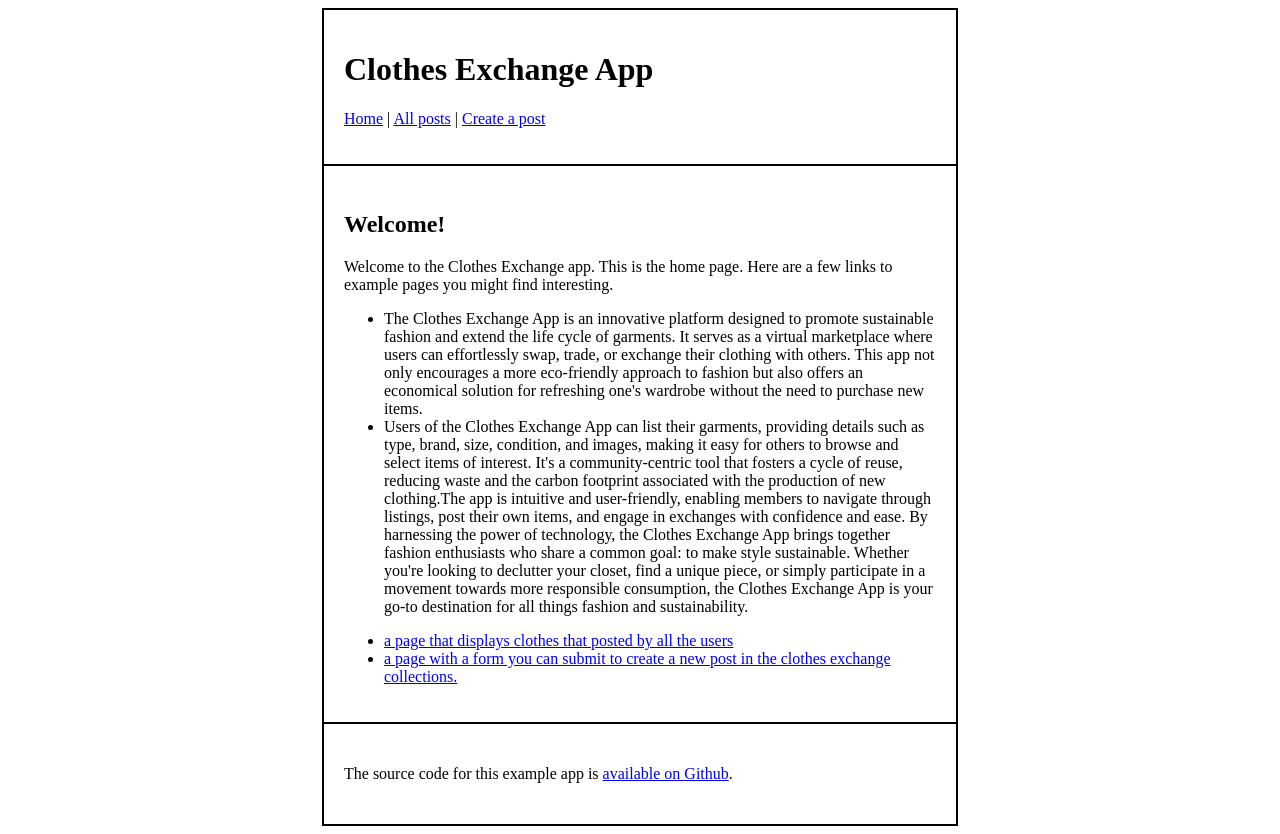
Repository: dbdesign-students-spring2024/7-web-app-dianachen1013
Page: http://localhost/
The author's editor kept a copy of each file at every save. The page is drawn from the files as they stood at one save, then again after the next save.
The browser window is 1280 px wide. The pictures show the whole page.
The page is served by the project's application, run on Flask 3 (app.py).

Above is the page before, as saved 2024-04-15 17:38:45.

### templates/index.html
{% extends 'base.html' %}

{% block container %}
<h2>Welcome!</h2>
<p>Welcome to the Clothes Exchange app. This is the home page. Here are a few links to example pages you might find interesting.


    <ul>
        <li>The Clothes Exchange App is an innovative platform designed to promote sustainable fashion and extend the life cycle of garments. It serves as a virtual marketplace where users can effortlessly swap, trade, or exchange their clothing with others. This app not only encourages a more eco-friendly approach to fashion but also offers an economical solution for refreshing one's wardrobe without the need to purchase new items.</li>
        <li>Users of the Clothes Exchange App can list their garments, providing details such as type, brand, size, condition, and images, making it easy for others to browse and select items of interest. It's a community-centric tool that fosters a cycle of reuse, reducing waste and the carbon footprint associated with the production of new clothing.<wbr>The app is intuitive and user-friendly, enabling members to navigate through listings, post their own items, and engage in exchanges with confidence and ease. By harnessing the power of technology, the Clothes Exchange App brings together fashion enthusiasts who share a common goal: to make style sustainable. Whether you're looking to declutter your closet, find a unique piece, or simply participate in a movement towards more responsible consumption, the Clothes Exchange App is your go-to destination for all things fashion and sustainability.</li>
    </ul>
    <ul>
        <li><a href="{{ url_for('read')}}">a page that displays clothes that posted by all the users</a></li>
        <li><a href="{{ url_for('create')}}">a page with a form you can submit to create a new post in the clothes exchange collections.</a></li>
    </ul>
</p>
{% endblock %}

### templates/base.html
<!DOCTYPE html>
<html>
  <head>
    <title>Clothes Exchange App</title>
    <link
      rel="stylesheet"
      href="{{ url_for('static', filename='css/style.css') }}"
    />
  </head>
  <body>
    <div class="container">
      <header>
        <h1>Clothes Exchange App</h1>
        <p>
          <a href="{{ url_for('home')}}">Home</a> |
          <a href="{{ url_for('read')}}">All posts</a> |
          <a href="{{ url_for('create')}}">Create a post</a>
        </p>
      </header>
      <main>{% block container %} {% endblock %}</main>
      <footer>
        <p>
          The source code for this example app is
          <a href="https://github.com/nyu-database-design/flask-mongodb-web-app"
            >available on Github</a
          >.
        </p>
      </footer>
    </div>
  </body>
</html>

### app.py
#!/usr/bin/env python3

import os
import sys
import subprocess
import datetime

from flask import Flask, render_template, request, redirect, url_for, make_response

# import logging
import sentry_sdk
from sentry_sdk.integrations.flask import (
    FlaskIntegration,
)  # delete this if not using sentry.io

# from markupsafe import escape
import pymongo
from pymongo.errors import ConnectionFailure
from bson.objectid import ObjectId
from dotenv import load_dotenv

# load credentials and configuration options from .env file
# if you do not yet have a file named .env, make one based on the template in env.example
load_dotenv(override=True)  # take environment variables from .env.

# initialize Sentry for help debugging... this requires an account on sentrio.io
# you will need to set the SENTRY_DSN environment variable to the value provided by Sentry
# delete this if not using sentry.io
sentry_sdk.init(
    dsn=os.getenv("SENTRY_DSN"),
    # enable_tracing=True,
    # Set traces_sample_rate to 1.0 to capture 100% of transactions for performance monitoring.
    traces_sample_rate=1.0,
    # Set profiles_sample_rate to 1.0 to profile 100% of sampled transactions.
    # We recommend adjusting this value in production.
    integrations=[FlaskIntegration()],
    send_default_pii=True,
)

# instantiate the app using sentry for debugging
app = Flask(__name__)

# # turn on debugging if in development mode
# app.debug = True if os.getenv("FLASK_ENV", "development") == "development" else False

# try to connect to the database, and quit if it doesn't work
try:
    cxn = pymongo.MongoClient(os.getenv("MONGO_URI"))
    db = cxn[os.getenv("MONGO_DBNAME")]  # store a reference to the selected database

    # verify the connection works by pinging the database
    cxn.admin.command("ping")  # The ping command is cheap and does not require auth.
    print(" * Connected to MongoDB!")  # if we get here, the connection worked!
except ConnectionFailure as e:
    # catch any database errors
    # the ping command failed, so the connection is not available.
    print(" * MongoDB connection error:", e)  # debug
    sentry_sdk.capture_exception(e)  # send the error to sentry.io. delete if not using
    sys.exit(1)  # this is a catastrophic error, so no reason to continue to live


# set up the routes


@app.route("/")
def home():
    """
    Route for the home page.
    Simply returns to the browser the content of the index.html file located in the templates folder.
    """
    return render_template("index.html")


@app.route("/read")
def read():
    """
    Route for GET requests to the read page.
    Displays some information for the user with links to other pages.
    """
    docs = db.exampleapp.find({}).sort(
        "created_at", -1
    )  # sort in descending order of created_at timestamp
    return render_template("read.html", docs=docs)  # render the read template


@app.route("/create")
def create():
    """
    Route for GET requests to the create page.
    Displays a form users can fill out to create a new document.
    """
    return render_template("create.html")  # render the create template


@app.route("/create", methods=["POST"])
def create_post():
    """
    Route for POST requests to the create page.
    Accepts the form submission data for a new document and saves the document to the database.
    """
    name = request.form["fname"]
    message = request.form["fmessage"]

    # create a new document with the data the user entered
    doc = {"name": name, "message": message, "created_at": datetime.datetime.utcnow()}
    db.exampleapp.insert_one(doc)  # insert a new document

    return redirect(
        url_for("read")
    )  # tell the browser to make a request for the /read route


@app.route("/edit/<mongoid>")
def edit(mongoid):
    """
    Route for GET requests to the edit page.
    Displays a form users can fill out to edit an existing record.

    Parameters:
    mongoid (str): The MongoDB ObjectId of the record to be edited.
    """
    doc = db.exampleapp.find_one({"_id": ObjectId(mongoid)})
    return render_template(
        "edit.html", mongoid=mongoid, doc=doc
    )  # render the edit template


@app.route("/edit/<mongoid>", methods=["POST"])
def edit_post(mongoid):
    """
    Route for POST requests to the edit page.
    Accepts the form submission data for the specified document and updates the document in the database.

    Parameters:
    mongoid (str): The MongoDB ObjectId of the record to be edited.
    """
    name = request.form["fname"]
    message = request.form["fmessage"]

    doc = {
        # "_id": ObjectId(mongoid),
        "name": name,
        "message": message,
        "created_at": datetime.datetime.utcnow(),
    }

    db.exampleapp.update_one(
        {"_id": ObjectId(mongoid)}, {"$set": doc}  # match criteria
    )

    return redirect(
        url_for("read")
    )  # tell the browser to make a request for the /read route


@app.route("/delete/<mongoid>")
def delete(mongoid):
    """
    Route for GET requests to the delete page.
    Deletes the specified record from the database, and then redirects the browser to the read page.

    Parameters:
    mongoid (str): The MongoDB ObjectId of the record to be deleted.
    """
    db.exampleapp.delete_one({"_id": ObjectId(mongoid)})
    return redirect(
        url_for("read")
    )  # tell the web browser to make a request for the /read route.


@app.route("/webhook", methods=["POST"])
def webhook():
    """
    GitHub can be configured such that each time a push is made to a repository, GitHub will make a request to a particular web URL... this is called a webhook.
    This function is set up such that if the /webhook route is requested, Python will execute a git pull command from the command line to update this app's codebase.
    You will need to configure your own repository to have a webhook that requests this route in GitHub's settings.
    Note that this webhook does do any verification that the request is coming from GitHub... this should be added in a production environment.
    """
    # run a git pull command
    process = subprocess.Popen(["git", "pull"], stdout=subprocess.PIPE)
    pull_output = process.communicate()[0]
    # pull_output = str(pull_output).strip() # remove whitespace
    process = subprocess.Popen(["chmod", "a+x", "flask.cgi"], stdout=subprocess.PIPE)
    chmod_output = process.communicate()[0]
    # send a success response
    response = make_response(f"output: {pull_output}", 200)
    response.mimetype = "text/plain"
    return response


@app.errorhandler(Exception)
def handle_error(e):
    """
    Output any errors - good for debugging.
    """
    return render_template("error.html", error=e)  # render the edit template


# run the app
if __name__ == "__main__":
    # logging.basicConfig(filename="./flask_error.log", level=logging.DEBUG)
    app.run(load_dotenv=True)

### static/css/style.css
.container {
  border: 2px solid;
  width: 50%;
  margin: 0 auto;
}

header,
footer,
main {
  padding: 20px;
}

header,
main {
  border-bottom: 2px solid;
  margin-bottom: 5px;
}

p.post {
  font-size: 12px;
}

footer {
  margin-bottom: 5px;
}

After the next save:
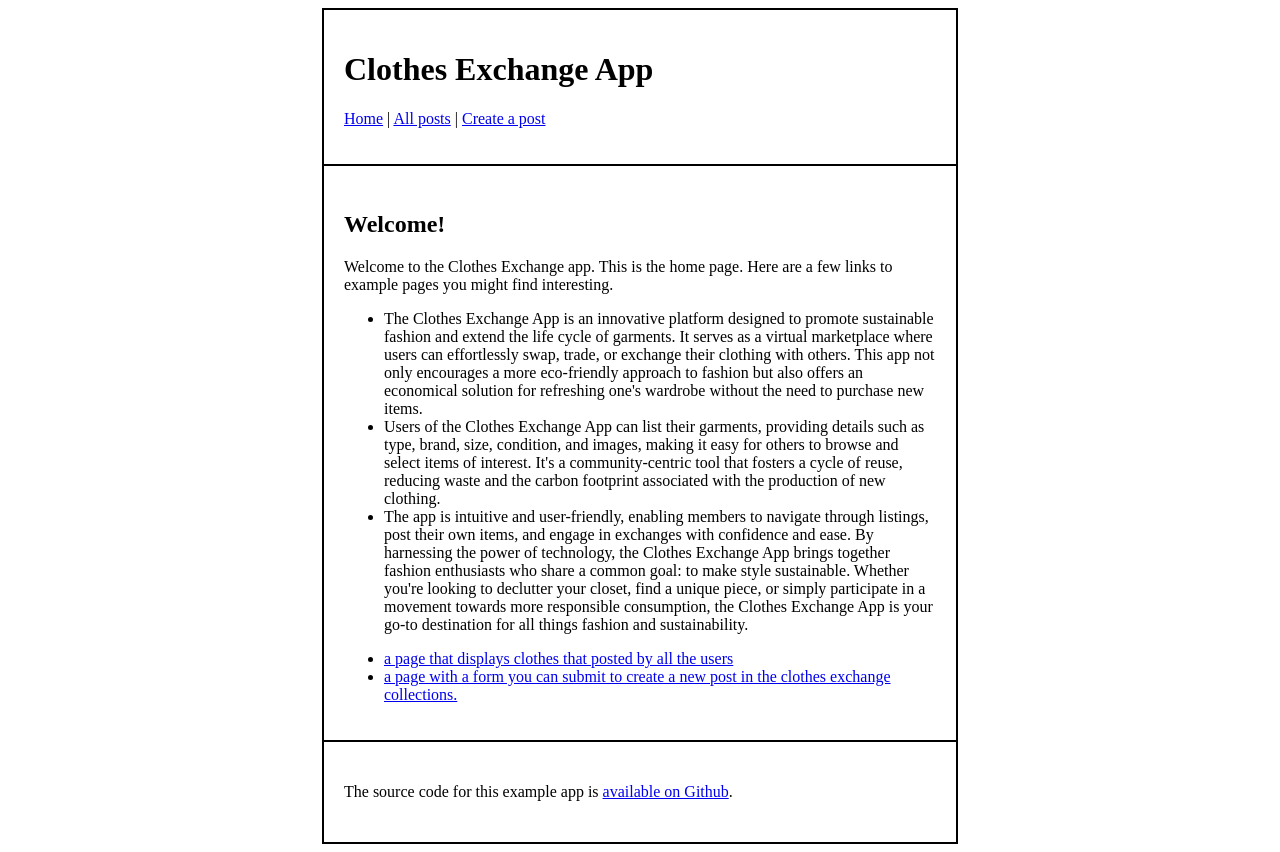
Saved 52 s later.
--- a/templates/index.html
+++ b/templates/index.html
@@ -7,7 +7,8 @@
 
     <ul>
         <li>The Clothes Exchange App is an innovative platform designed to promote sustainable fashion and extend the life cycle of garments. It serves as a virtual marketplace where users can effortlessly swap, trade, or exchange their clothing with others. This app not only encourages a more eco-friendly approach to fashion but also offers an economical solution for refreshing one's wardrobe without the need to purchase new items.</li>
-        <li>Users of the Clothes Exchange App can list their garments, providing details such as type, brand, size, condition, and images, making it easy for others to browse and select items of interest. It's a community-centric tool that fosters a cycle of reuse, reducing waste and the carbon footprint associated with the production of new clothing.<wbr>The app is intuitive and user-friendly, enabling members to navigate through listings, post their own items, and engage in exchanges with confidence and ease. By harnessing the power of technology, the Clothes Exchange App brings together fashion enthusiasts who share a common goal: to make style sustainable. Whether you're looking to declutter your closet, find a unique piece, or simply participate in a movement towards more responsible consumption, the Clothes Exchange App is your go-to destination for all things fashion and sustainability.</li>
+        <li>Users of the Clothes Exchange App can list their garments, providing details such as type, brand, size, condition, and images, making it easy for others to browse and select items of interest. It's a community-centric tool that fosters a cycle of reuse, reducing waste and the carbon footprint associated with the production of new clothing.</li>
+        <li>The app is intuitive and user-friendly, enabling members to navigate through listings, post their own items, and engage in exchanges with confidence and ease. By harnessing the power of technology, the Clothes Exchange App brings together fashion enthusiasts who share a common goal: to make style sustainable. Whether you're looking to declutter your closet, find a unique piece, or simply participate in a movement towards more responsible consumption, the Clothes Exchange App is your go-to destination for all things fashion and sustainability.</li>
     </ul>
     <ul>
         <li><a href="{{ url_for('read')}}">a page that displays clothes that posted by all the users</a></li>
